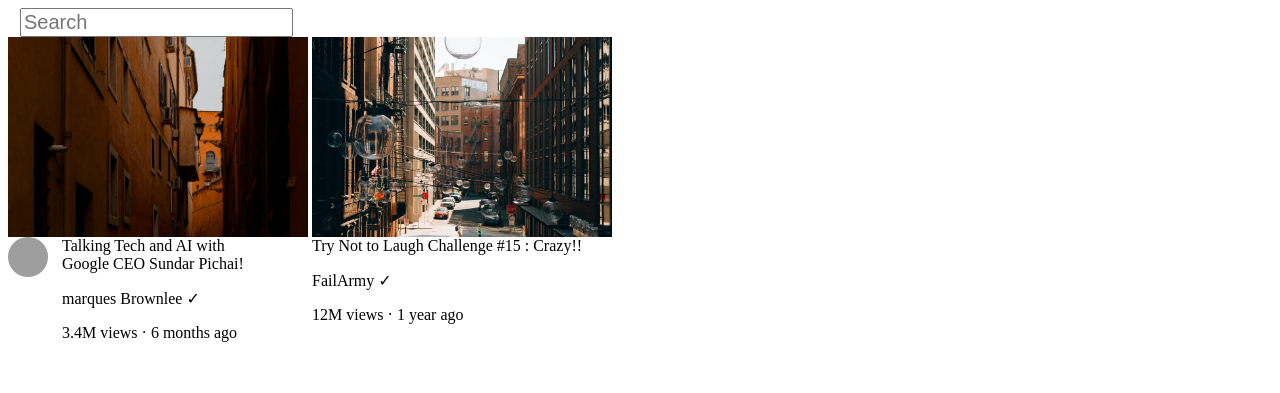
Repository: Yeyolive/WebDev_Collab_2025
Page: Basic_Projects/HTML-CSS course/youtube/youtube.html
These files come from the project's save history. The page is drawn as it stood at one moment and after the next save; the edit follows.
The browser window is 1280 px wide. The pictures show the whole page.
Pictures or frames that could not be fetched are drawn as grey boxes.

Above is the page before, as saved 2025-11-26 11:39:58.

### Basic_Projects/HTML-CSS course/youtube/youtube.html
<!DOCTYPE html>
<html lang="en">
  <head>
    <meta charset="UTF-8" />
    <meta http-equiv="X-UA-Compatible" content="IE=edge" />
    <!-- Ensures compatibility with Internet Explorer -->
    <meta name="viewport" content="width=device-width, initial-scale=1.0" />
    <title>YouTube Clone</title>
    <link rel="stylesheet" href="youtube.css" />
  </head>

  <body>
    <!-- Search Bar section-->
    <input class="search-bar" type="text" placeholder="Search" />

    <div class="video-preview">
      <div class="image-row">
        <img
          class="images"
          src="images/pexels-drewdempsey-30193111.jpg"
          alt="image of street"
        />
      </div>

      <div>
        <div class="channel-picture">
          <img
            class="profile-picture"
            src="images/Avatars/pexels-francisco-rivera-1446873-2853507.jpg"
            alt="profile pic"
            width="70px"
            height="70px"
          />
        </div>
        <!-- YouTube Video Page section-->
        <div class="video-info">
          <p class="video-title">
            Talking Tech and AI with Google CEO Sundar Pichai!
          </p>

          <p class="video-author">marques Brownlee &#10003;</p>
          <p class="video-stats">3.4M views &#183; 6 months ago</p>
        </div>
      </div>
    </div>

    <div class="video-preview">
      <img
        class="images"
        src="images/pexels-josh-hild-1270765-34018724.jpg"
        alt="image of street"
      />

      <!-- YouTube Video Page section-->
      <p class="video-title">Try Not to Laugh Challenge #15 : Crazy!!</p>

      <p class="video-author">FailArmy &#10003;</p>
      <p class="video-stats">12M views &#183; 1 year ago</p>
    </div>
    <!-- Search Bar section-->
  </body>
</html>

### Basic_Projects/HTML-CSS course/youtube/youtube.css
.images {
  width: 300px;
  height: 200px;
  object-fit: cover;
  object-position: center;
  display: block;
}

.video-title {
  margin-top: 0;
}

.video-preview {
  width: 300px;
  display: inline-block;
  vertical-align: top;
}

.video-info {
  display: inline-block;
  width: 200px;
}

.search-bar {
  font-size: 20px;
  margin-left: 12px;
  display: block;
}

.channel-picture {
  display: inline-block;
  width: 50px;
  vertical-align: top;
}

.profile-picture {
  width: 40px;
  height: 40px;
  border-radius: 50px;
}

.image-row {
}

After the next save:
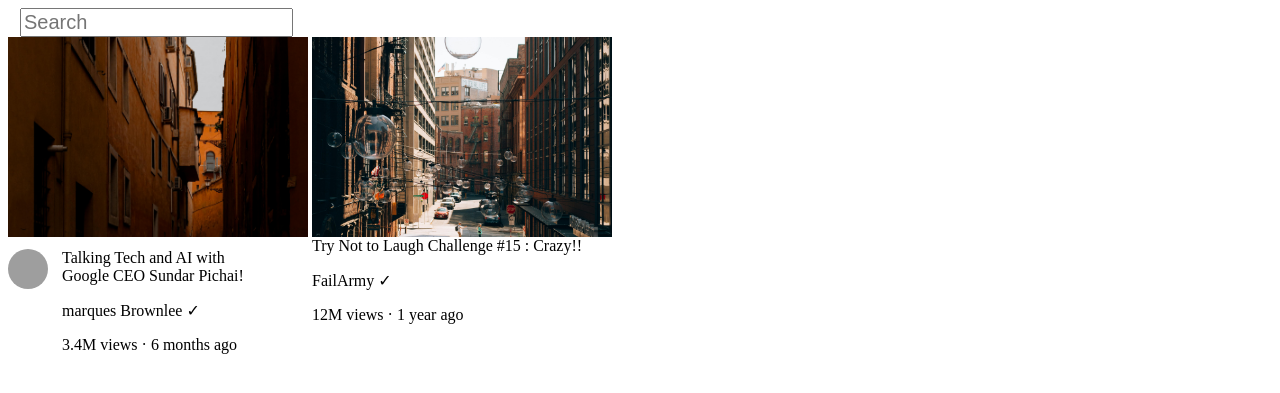
Saved 14 s later.
--- a/Basic_Projects/HTML-CSS course/youtube/youtube.css
+++ b/Basic_Projects/HTML-CSS course/youtube/youtube.css
@@ -40,4 +40,5 @@
 }
 
 .image-row {
+  margin-bottom: 12px;
 }
